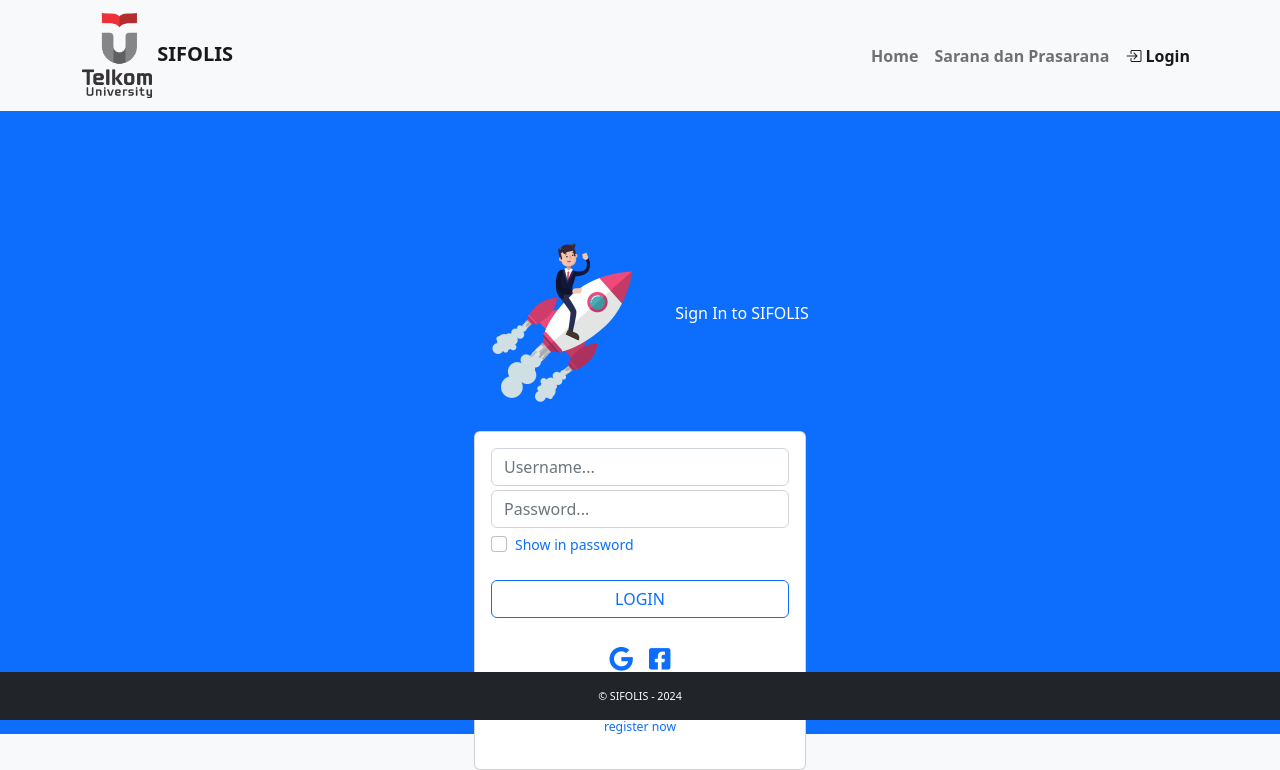
Repository: Audi87/uas_framework
Page: http://localhost/login
The author's editor kept a copy of each file at every save. The page is drawn from the files as they stood at one save, then again after the next save.
The browser window is 1280 px wide. The pictures show the whole page.
Some web libraries are served in a nearby version. The page is served by the project's Laravel application, run on PHP 8.4 with Laravel 10. Other server files are loaded and not shown.

Above is the page before, as saved 2024-06-13 20:46:51.

### routes/web.php
<?php

use App\Http\Controllers\{
    BarangController, ContactController, CustumerController, DataPeminjamanController, HistoryController,
    Home, LoginController, PeminjamanController, ProfilController, RegistrasiController,
    SaranaDanPrasaranaController, AdminController
};
use Illuminate\Support\Facades\Route;


Route::get('/', [Home::class, 'index'])->middleware('auth');

Route::get('/login', [LoginController::class, 'index'])->name('login')->middleware('guest');
Route::post('/login', [LoginController::class, 'login']);
Route::post('/logout', [LoginController::class, 'logout']);

Route::get('/registrasi', [RegistrasiController::class, 'index'])->middleware('guest');
Route::post('/registrasi', [RegistrasiController::class, 'registrasi']);

Route::get('/dashboard', function() {
    return view('dashboard.index', ['title' => 'Dashboard Admin']);
})->middleware('admin');

Route::get('/profil/{user:id}', [ProfilController::class, 'index'])->middleware('auth');

Route::get('/sarana dan prasarana', [SaranaDanPrasaranaController::class, 'index'])->middleware('auth');
Route::resource('/sarana-prasarana', BarangController::class)->middleware('admin');

Route::get('/peminjaman/{barang:id}', [PeminjamanController::class, 'index'])->middleware('auth');
Route::post('/peminjaman/{barang:id}', [PeminjamanController::class, 'peminjaman'])->middleware('auth');

Route::get('/history/{user:id}', [HistoryController::class, 'index'])->middleware('auth');

Route::get('/kembalikan/{id}', [PeminjamanController::class, 'kembalikan'])->middleware('auth');
Route::get('/detail-peminjaman/{id}', [PeminjamanController::class, 'detailPeminjaman'])->middleware('auth');

Route::get('/category/{id}', [SaranaDanPrasaranaController::class, 'category'])->middleware('auth');

Route::get('/custumer', [CustumerController::class, 'index'])->middleware('admin');
Route::get('/custumer/{user:id}', [CustumerController::class, 'detail'])->middleware('admin');

Route::get('/data-peminjaman', [DataPeminjamanController::class, 'index'])->middleware('admin');
Route::get('/data-peminjaman/{id}', [DataPeminjamanController::class, 'detail'])->middleware('admin');

Route::get('/contact', [ContactController::class, 'index'])->middleware('auth');

### app/Http/Controllers/LoginController.php
<?php

namespace App\Http\Controllers;

use Illuminate\Support\Facades\Auth;
use Illuminate\Http\Request;

class LoginController extends Controller
{
    // Function untuk menampilkan view login
    public function index(){
        return view('login.login', [
            'title' => 'Login'
        ]);
    }

    // Function untuk proses login
    public function login(Request $request)
    {
        $validateData = $request->validate([
            'username' => ['required'],
            'password' => ['required']
        ]);

        if(Auth::attempt($validateData)){
            $request->session()->regenerate();
            return redirect()->intended('/')->with('success', 'Login successful!');
        }else{
            return redirect('/login')->with('error', 'Wrong username or password');
        }
    }

    // Function untuk proses logout
    public function logout(Request $request)
    {
        Auth::logout();

        $request->session()->invalidate();

        $request->session()->regenerateToken();

        return redirect('/login')->with('success', 'Logout successfully');
    }
}

### resources/views/login/login.blade.php
@extends('layouts.main')

@section('content')
<div class="p-3 mb-2 bg-primary text-white">
    <div class="container-fluid">
        <div class="container" style="height: 72vh">
            <br>
            <div class="row mt-5 text-center mb-5">
                {{-- Alert --}}
                <div class="col-lg-4 offset-lg-4 mb-3">
                    @if(session()->has('success'))
                    <div class="alert alert-primary" role="alert">
                        <strong><small>{{ session('success') }}</small></strong>
                    </div>
                    @endif
                </div>
                {{-- End alert --}}
                <div class="col-lg-4 offset-lg-4">
                    <img src="img/pngwing.com (7).png" width="200" alt=""> Sign In to SIFOLIS </h3>
                </div>
                <div class="col-lg-4 offset-lg-4 col-10 offset-1 mt-3">
                    {{-- Form Login --}}
                    <div class="container">
                        <div class="card">
                            <div class="card-body">
                                <form action="/login" method="post">
                                    @csrf
                                    <div class="mb-1">
                                        <input type="text" id="username" name="username" placeholder="Username..." value="{{ old('username') }}" class="form-control @error('username') is-invalid @enderror">
                                        @error('username')
                                        <div class="invalid-feedback">
                                            {{ $message }}
                                        </div>
                                        @enderror
                                    </div>

                                    <div class="mb-1">
                                        <input type="password" id="password" name="password" placeholder="Password..." value="{{ old('password') }}" class="form-control @error('password') is-invalid @enderror">
                                        @error('password')
                                        <div class="invalid-feedback">
                                            {{ $message }}
                                        </div>
                                        @enderror
                                    </div>

                                    <div class="mb-2 text-start">
                                        <div class="form-check">
                                            <input class="form-check-input" type="checkbox" value="" id="flexCheckDefault">
                                            <label class="form-check-label" for="flexCheckDefault">
                                                <p class="text-primary"> <small>Show in password<small></p>
                                            </label>
                                        </div>
                                    </div>

                                    <div class="mb-4">
                                        <button class="btn btn-outline-primary w-100" type="submit">LOGIN</button>
                                    </div>
                                    <h3>
                                        <div class="sosmed d-flex justify-content-center gap-3">
                                            <a href="https://myaccount.google.com/?utm_source=sign_in_no_continue&pli=1"><i class="fa-brands fa-google fa-sm "></i></a>
                                            <a href="https://www.facebook.com/"><i class="fa-brands fa-square-facebook fa-sm"></i></a>
                                        </div>
                                    </h3>

                                    <div>
                                        <p class="text-primary"><small>don't have an account yet?</small></p>
                                        <p><a href="registrasi" class="text-decoration-none">register now</a></p>
                                    </div>
                                </form>
                            </div>
                        </div>
                        {{-- End Form --}}
                    </div>
                </div>

            </div>
        </div>
    </div>
    <br><br><br>


@if(session('error'))
<script>
    Swal.fire({
        title: 'Error!',
        text: "{{ session('error') }}",
        icon: 'error',
        confirmButtonText: 'Ok'
    });
</script>
@endif
<!-- End Sweet Alert -->

@endsection

### resources/views/layouts/main.blade.php
<!doctype html>
<html lang="en">
  <head>
    <meta charset="utf-8">
    <meta name="viewport" content="width=device-width, initial-scale=1">
    <title>{{ $title }}</title>

    <link rel="stylesheet" href="/css/stylee.css">

    {{-- Link Aos --}}
    <link rel="stylesheet" href="https://unpkg.com/aos@next/dist/aos.css" />

    {{-- Link Icons Bootstrap --}}
    <link rel="stylesheet" href="https://cdn.jsdelivr.net/npm/bootstrap-icons@1.9.1/font/bootstrap-icons.css">

    <link href="https://cdn.jsdelivr.net/npm/bootstrap@5.2.0/dist/css/bootstrap.min.css" rel="stylesheet" integrity="sha384-gH2yIJqKdNHPEq0n4Mqa/HGKIhSkIHeL5AyhkYV8i59U5AR6csBvApHHNl/vI1Bx" crossorigin="anonymous">
    <link href="https://fonts.googleapis.com/css2?family=Poppins:wght@400;500;600&display=swap" rel="stylesheet">
    <link rel="stylesheet" href="https://cdnjs.cloudflare.com/ajax/libs/font-awesome/6.4.0/css/all.min.css"
        integrity="sha512-iecdLmaskl7CVkqkXNQ/ZH/XLlvWZOJyj7Yy7tcenmpD1ypASozpmT/E0iPtmFIB46ZmdtAc9eNBvH0H/ZpiBw=="
        crossorigin="anonymous" referrerpolicy="no-referrer" />
  </head>
  <body class="bg-light">

    {{-- Include navbar --}}
    @include('navbar.navbar')

    {{-- Content --}}
    @yield('content')
    {{-- End Content --}}

    {{-- Include Footer --}}
    @include('footer.footer')

    <script src="https://cdn.jsdelivr.net/npm/bootstrap@5.2.0/dist/js/bootstrap.bundle.min.js" integrity="sha384-A3rJD856KowSb7dwlZdYEkO39Gagi7vIsF0jrRAoQmDKKtQBHUuLZ9AsSv4jD4Xa" crossorigin="anonymous"></script>

    <script src="https://unpkg.com/aos@next/dist/aos.js"></script>
    <script>
      AOS.init();
    </script>

    {{-- Js Jquery --}}
    <script src="/js/jquery.js"></script>

    {{-- Script js --}}
    <script src="/js/script.js"></script>

  </body>
</html>

### resources/views/navbar/navbar.blade.php
{{-- Navbar --}}
<nav class="navbar navbar-expand-lg bg-light navbar-light">
    <div class="container">
        <a class="navbar-brand" href="/"><img src="img/logo.png" width="70" alt="" data-aos="flip-left"
                data-aos-duration="2000"> SIFOLIS </a>
        <button class="navbar-toggler" type="button" data-bs-toggle="collapse" data-bs-target="#navbarNav"
            aria-controls="navbarNav" aria-expanded="false" aria-label="Toggle navigation">
            <span class="navbar-toggler-icon"></span>
        </button>
        <div class="collapse navbar-collapse" id="navbarNav">
            <ul class="navbar-nav ms-auto">
                <li class="nav-item">
                    <a class="nav-link {{ Request::is('/') ? 'active' : '' }}" aria-current="page"
                        href="/">Home</a>
                </li>
                <li class="nav-item">
                    <a class="nav-link {{ Request::is('sarana dan prasarana') ? 'active' : '' }}" aria-current="page"
                        href="/sarana dan prasarana">Sarana dan Prasarana</a>
                </li>

                @auth
                    <li class="nav-item dropdown">
                        <a class="nav-link dropdown-toggle" href="#" role="button" data-bs-toggle="dropdown"
                            aria-expanded="false">
                            <i class="bi bi-person-lines-fill"></i> Welcome, {{ auth()->user()->username }}
                        </a>
                        <ul class="dropdown-menu">
                            @can('admin')
                                <li><a class="dropdown-item" href="/dashboard">Dashboard Admin</a></li>
                            @endcan
                            <li><a class="dropdown-item" href="/history/{{ auth()->user()->id }}">Peminjaman</a></li>
                            <li><a class="dropdown-item" href="/contact">Contact Us</a></li>
                            <li><a class="dropdown-item" href="/profil/{{ auth()->user()->id }}"><i
                                        class="bi bi-person-lines-fill"></i> My Profil</a></li>
                            <li>
                                <hr class="dropdown-divider">
                            </li>
                            {{-- Form Logout --}}
                            <form action="/logout" method="post">
                                @csrf
                                <button type="submit" class="dropdown-item"
                                    onclick="return confirm('sure want to go out?')"><i class="bi bi-box-arrow-in-left"></i>
                                    Logout</button>
                            </form>
                            {{-- End From --}}
                        </ul>
                    </li>
                @else
                    <li class="nav-item">
                        <a class="nav-link {{ Request::is('login') ? 'active' : '' }}" href="/login"><i
                                class="bi bi-box-arrow-in-right"></i> Login</a>
                    </li>
                @endauth

            </ul>
        </div>
    </div>
</nav>
{{-- End Navbar --}}

### resources/views/footer/footer.blade.php
<div class="container">
    <!-- Konten Halaman di sini -->
</div>
<div class="fixed-bottom">
<footer class="container-fluid bg-dark text-white text-center">
    <div class="container1">
        <div class="row">
            <div class="col-lg-12">
                <small><p class="mt-3">&copy; SIFOLIS - 2024</p></small>
            </div>
        </div>
    </div>
    </div>
</footer>

### public/css/stylee.css
nav ul li {
    font-weight: bold;
}

nav a {
    font-weight: bold;
}

nav ul li:hover {
    background-color: black;
    opacity: 0.8;
    border-radius: 17px;
    text-decoration: underline;
}

### public/js/script.js
$(document).ready(function(){


    window.setTimeout(function(){
        $('.alert').fadeTo(300, 0).slideUp(300, function(){
            $(this).remove();
        });
    }, 4000);

    // Js Show password
    $('#flexCheckDefault').click(function(){
        if($(this).is(':checked')){
            $('#password').attr('type', 'text')
        }else{
            $('#password').attr('type', 'password')
        }
    });

});

Loaded but not shown: app/Http/Controllers/Controller.php (common file); public/js/jquery.js (library)

After the next save:
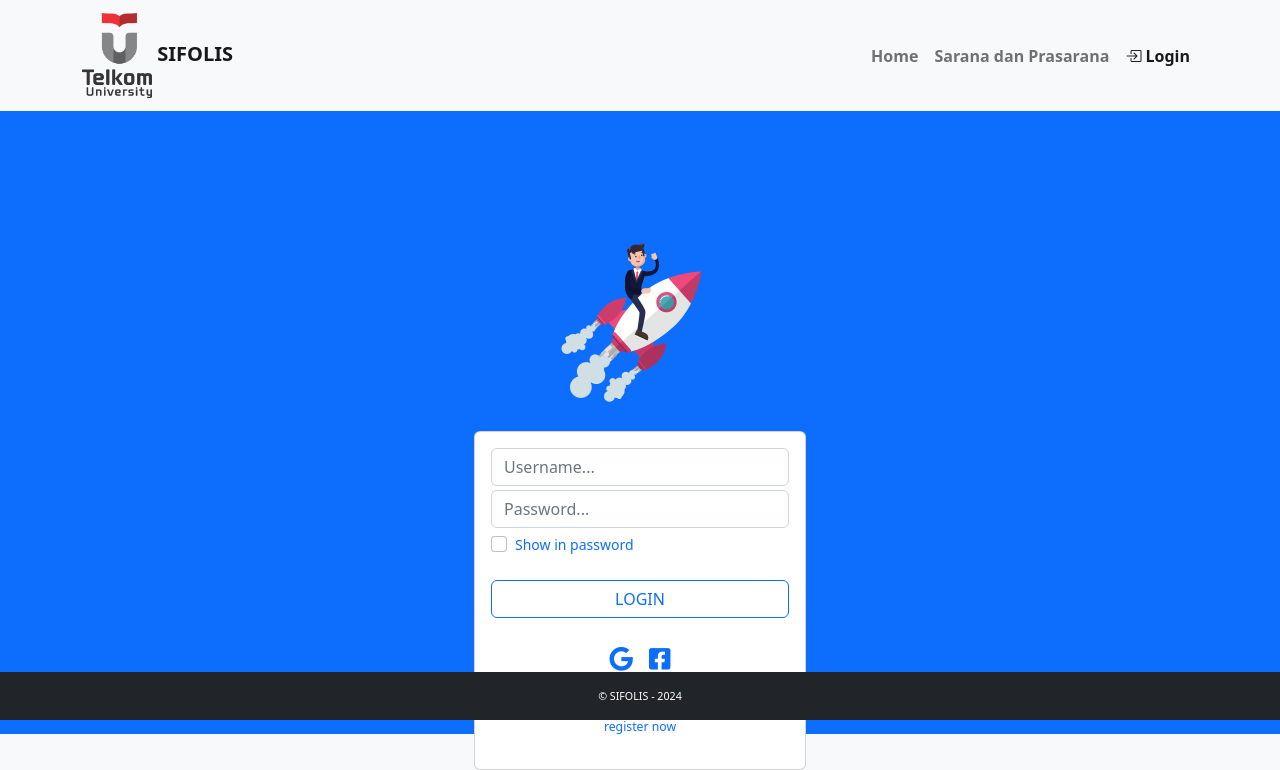
Saved 9 s later.
--- a/resources/views/login/login.blade.php
+++ b/resources/views/login/login.blade.php
@@ -16,7 +16,8 @@
                 </div>
                 {{-- End alert --}}
                 <div class="col-lg-4 offset-lg-4">
-                    <img src="img/pngwing.com (7).png" width="200" alt=""> Sign In to SIFOLIS </h3>
+                    <img src="img/pngwing.com (7).png" width="200" alt="">
+
                 </div>
                 <div class="col-lg-4 offset-lg-4 col-10 offset-1 mt-3">
                     {{-- Form Login --}}
